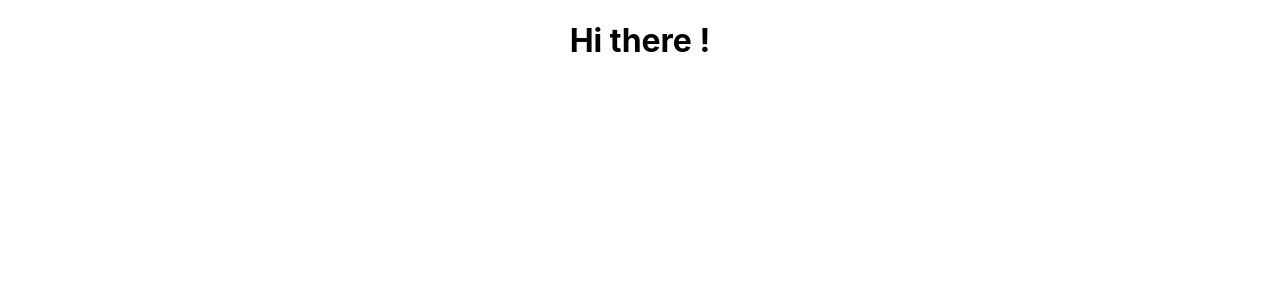
Repository: metehankasapp/react-optimization-techniques
Page: / (app in my-app/)
The author's editor kept a copy of each file at every save. The page is drawn from the files as they stood at one save, then again after the next save.
The browser window is 1280 px wide. The pictures show the whole page.
The project was rebuilt for these pictures with package versions that can differ from the ones it lists, and the page was loaded fresh each time.

Above is the page before, as saved 2021-10-14 08:44:00.

After the next save:
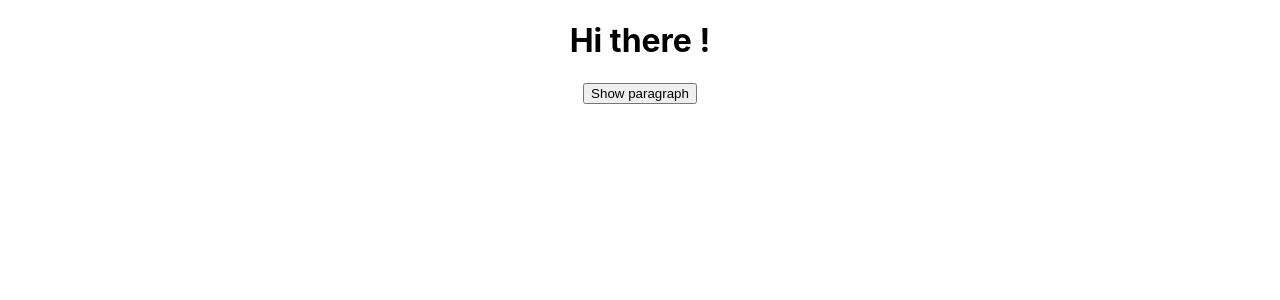
Saved 64 s later.
--- a/my-app/src/App.js
+++ b/my-app/src/App.js
@@ -3,10 +3,16 @@ import "./App.css";
 
 function App() {
   const [showParagraph, setShowParagraph] = useState(false);
+
+
+  const toggleParagraph = ()=>{
+    setShowParagraph(!showParagraph);
+  }
   return (
     <div className="App">
       <h1>Hi there !</h1>
       {showParagraph && <p>This is New</p>}
+      <button onClick={toggleParagraph}>Show paragraph</button>
     </div>
   );
 }
